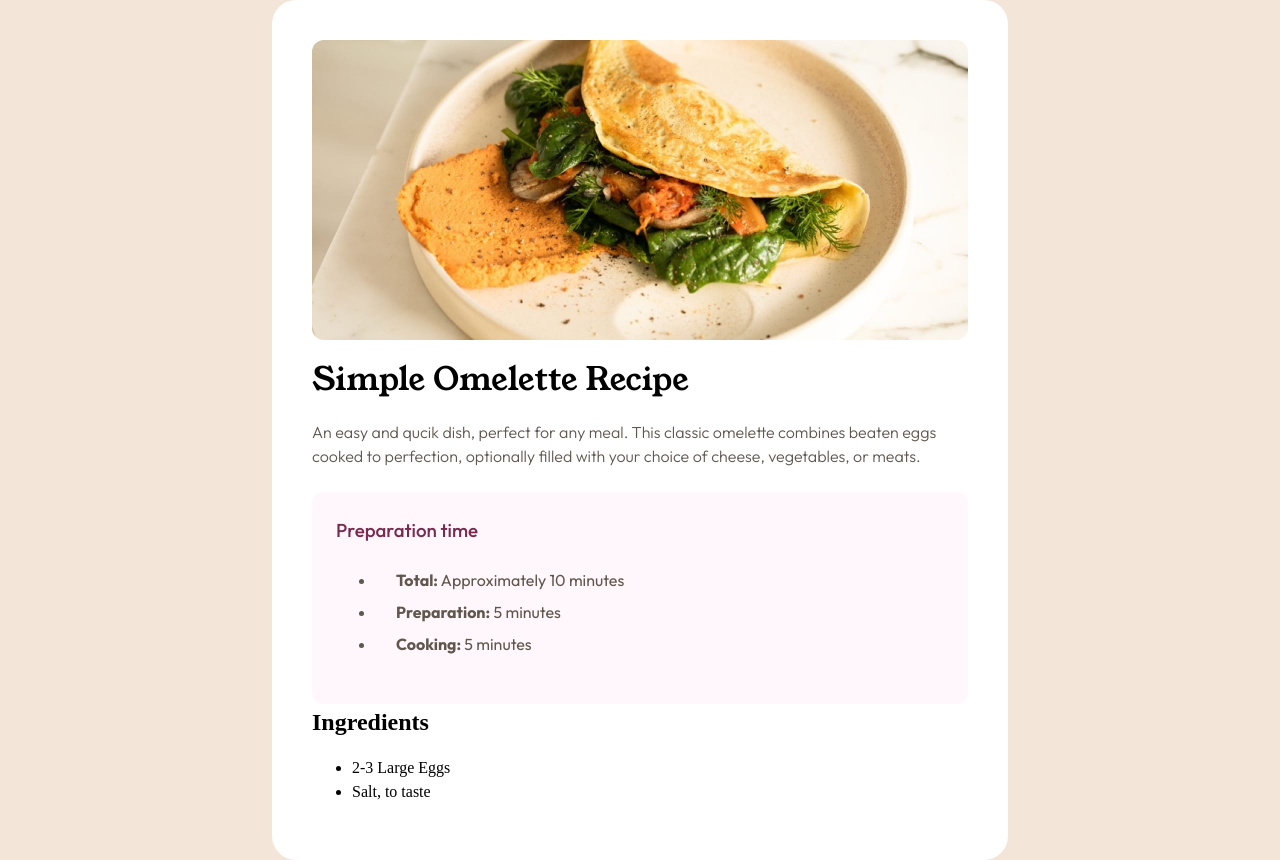
Repository: brandontaylor1/recipe-page
Page: index.html
These files come from the project's save history. The page is drawn as it stood at one moment and after a run of saves; the edit follows.
The browser window is 1280 px wide. The pictures show the whole page.

Above is the page before, as saved 2024-12-28 22:20:04.

After the next 2 saves:
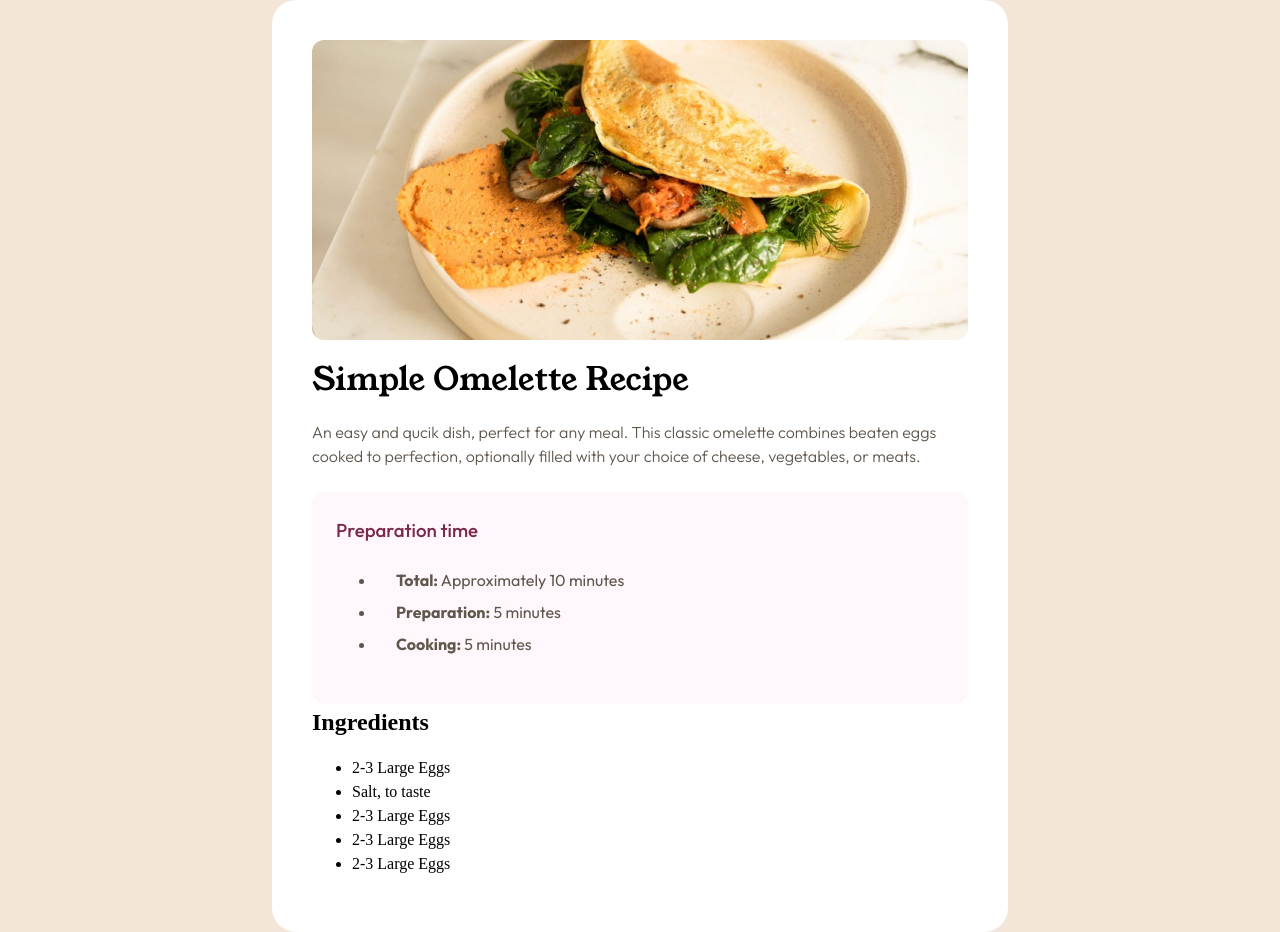
The 2 saves are shown as one change because they came seconds apart.
The last was saved 8 s later.
--- a/index.html
+++ b/index.html
@@ -30,6 +30,10 @@
                 <ul class="ingredients-list">
                     <li>2-3 Large Eggs</li>
                     <li>Salt, to taste</li>
+                    <li>2-3 Large Eggs</li>
+                    <li>2-3 Large Eggs</li>
+                    <li>2-3 Large Eggs</li>
+
                 </ul>
 
             </div>
